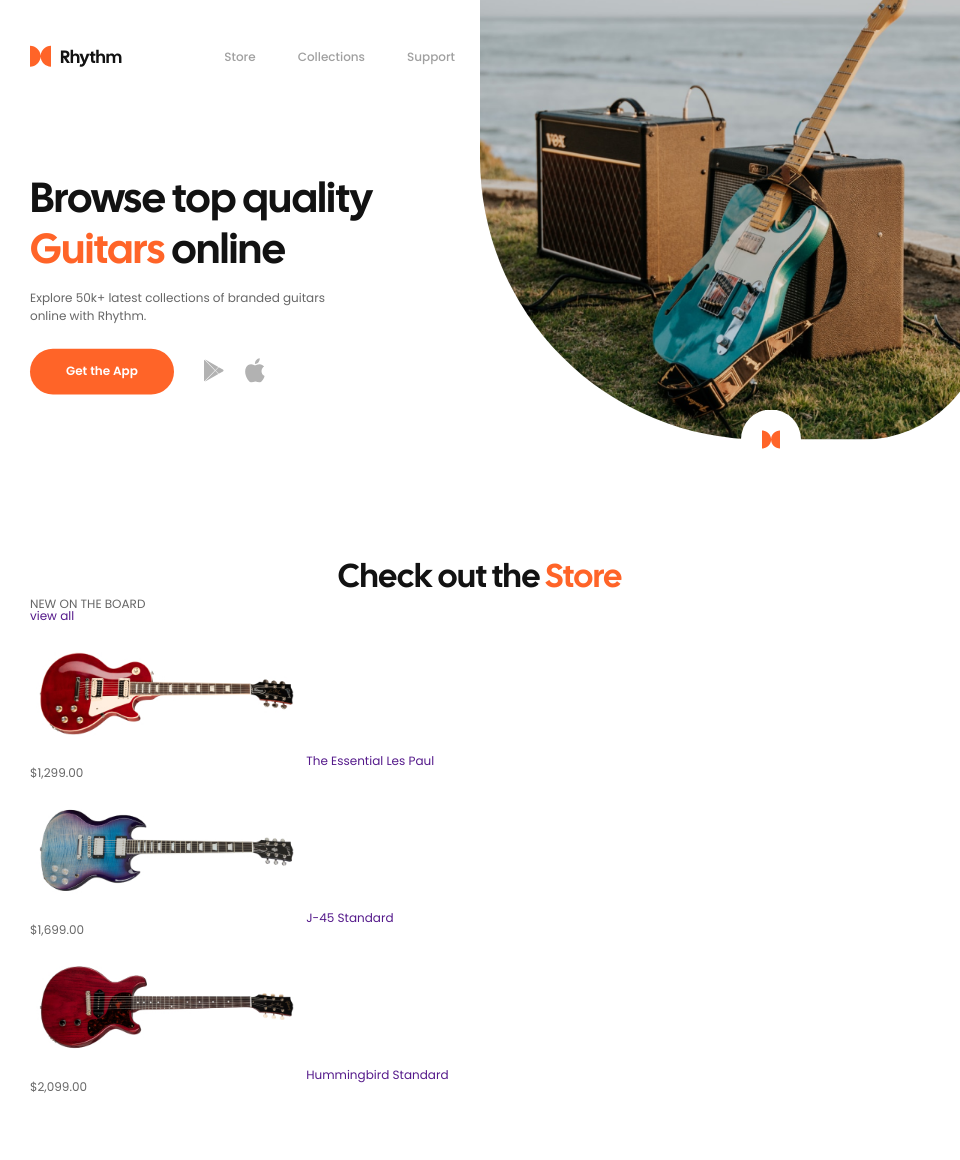
Repository: Ed-Lubenets/website_guitar
Page: index.html
An editor plug-in stored every save of this project. The page is shown before and after a run of saves, followed by the edit.
The browser window is 1280 px wide. The pictures show the whole page, at 75% of full size.

Above is the page before, as saved 2023-01-03 20:54:16.

### index.html
<!DOCTYPE html>
<html lang="en">
<head>
    <meta charset="UTF-8">
    <meta http-equiv="X-UA-Compatible" content="IE=edge">
    <meta name="viewport" content="width=device-width, initial-scale=1.0">
    <link rel="stylesheet" href="./style/style.css">
    <title>guitar-site</title>
</head>
<body>
    <div class="wrapper">
        <header class="header">
            <div class="header__container">
                <a href="" class="header__logo"><img src="./img/logo.svg" alt="Logo"></a>
                <nav class="header__menu menu">
                    <ul class="menu__list">
                        <li class="menu__item">
                            <a href="#" class="menu__link">Store</a>
                        </li>
                        <li class="menu__item">
                            <a href="#" class="menu__link">Collections</a>
                        </li>
                        <li class="menu__item">
                            <a href="#" class="menu__link">Support</a>
                        </li>
                    </ul>
                </nav>
            </div>
        </header>
        <main class="page">
            <section class="page__main main">
                <div class="main__container">
                    <div class="main__content">
                        <h1 class="main__title">Browse top quality <span>Guitars</span> online</h1>
                        <p class="main__text">Explore 50k+ latest collections of branded guitars online with Rhythm.</p>
                        <div class="main__actions actions-main">
                            <a href="#" class="actions-main__button">Get the App</a>
                            <div class="actions-main__icon"> <img src="./img/main/google.svg" alt="google icon"> </div>
                            <div class="actions-main__icon"> <img src="./img/main/apple.svg" alt="apple icon"> </div>
                        </div>
                    </div>
                    <div class="main__decor">
                        <div class="main__image">
                            <img src="./img/main/main-decor.png" alt="Main Decor">
                        </div>
                    </div>
                </div>
            </section>
            <section class="page__store store">
                <div class="store__container">
                    <h2 class="store__title title">
                        Check out the <span>Store</span>
                    </h2>
                    <div class="store__body body-store">
                        <div class="body-store__header">
                            <div class="body-store__title">NEW ON THE BOARD</div>
                            <a href="" class="body-store__all">view all</a>
                        </div>
                        <div class="body-store__items">
                            <div class="body-store_item">
                                <a href="" class="item__image"><img src="./img/store/01.jpg" alt="guitar images"></a>
                                <a href="" class="item__title">The Essential Les Paul</a>
                                <div class="item__price">$1,299.00</div>
                            </div>
                            <div class="body-store_item">
                                <a href="" class="item__image"><img src="./img/store/02.jpg" alt="guitar images"></a>
                                <a href="" class="item__title">J-45 Standard</a>
                                <div class="item__price">$1,699.00</div>
                            </div>
                            <div class="body-store_item">
                                <a href="" class="item__image"><img src="./img/store/03.jpg" alt="guitar images"></a>
                                <a href="" class="item__title">Hummingbird Standard</a>
                                <div class="item__price">$2,099.00</div>
                            </div>
                        </div>
                    </div>
                </div>
            </section>
        </main>
        <footer class="footer"></footer>
    </div>
</body>
</html>

### style/style.css
@import url(https://fonts.googleapis.com/css?family=Poppins:regular,500,600&display=swap); /*from googlefonts*/
@font-face {                                                                               /*from folder*/
    font-family: CalSans;
    font-display: swap;
    src: url(../fonts/CalSans-SemiBold.woff2) format('woff2'), url(../fonts/CalSans-SemiBold.woff) format('woff');
    font-weight: 400;
    font-style: normal;
}

*, *::before, *::after {
margin: 0;
padding: 0;
border: 0;
box-sizing: border-box;
}
html, body{
    height: 100%;
    min-width: 320px;
}
body{
    line-height: 1;
    font-family: Poppins;
    /* font-size: 16px; ---- фон по умолчанию в бразере, поэтому в комменте, был бы другой(14,17 и т.д.) тогда вписывал бы в св-во body*/
    color: #666666;
}
a{
    text-decoration: none;
}
li{
    list-style: none;
}

.wrapper{
    overflow: hidden; /*отменяем горизонтальный скролл. Важно.*/
    min-height: 100%;
    display: flex;
    flex-direction: column;
}
/* ------------------------------------------------------------------------------------------- */

.title{
    font-family: CalSans;
    color: #121212;
    font-size: 44px;
    line-height: 1.2;
    text-align: center;
}
.title span{
    color: #FF6428;
}

/* ------------------------------------------------------------------------------------------- */
.page{
    flex: 1 1 auto; /* разрешаем main увеличиваться, что бы футер прижался к низу экрана */
}
.page__main {
}
.page__store {
}

/* ------------------------------------------------------------------------------------------- */
[class*="__container"]{ /*стиль для всех классов с "..__container"*/
    max-width: 1230px;
    margin: 0 auto;
    padding: 0px 15px;
}

/* ________________________________________________________HEADER____________________________________________________________________________________________________ */
.header {
    position: absolute;
    top: 0;
    left: 0;
    width: 100%;
    z-index: 50;
}
.header__container {
    padding-top: 5px;
    padding-bottom: 5px;
    display: flex;
    gap: 131px; /*отступы через gap плохо поддерживаются в старых safary iOS*/
    align-items: center;
    min-height: 152px;
}
.header__logo {}
.header__menu {}

.menu {
    padding: 10px 5px;
    border-radius: 5px;
    background-color: rgba(255, 255, 255, 0.8);
}
.menu__list {
    display: flex;
    column-gap: 56px;
    row-gap: 10px;
    flex-wrap: wrap;
}
.menu__item {}
.menu__link {
    color: rgba(18, 18, 18, 0.4);
    font-weight: 500;
}
.menu__link:hover,
.menu__link:focus{
    text-decoration: underline;
}

@media (max-width: 1092px){
    .header__container{
        gap: 50px;
        min-height: 100px;
    }
    .menu__list{
        column-gap: 40px;
    }
}
@media (max-width: 767.98px){
    .header__container{
        min-height: 65px;
    }
}
@media (max-width: 479.98px){
    .header__container{
        gap: 15px;
    }
    .menu{
        padding: 0;
    }
    .menu__list{
        column-gap: 20px;
    }
    .header__logo { /*убираем часть логотипа, больше места*/
        width: 28px;
        flex: 0 0 28px;
        overflow: hidden;
    }
}
/* --------------------------------------------------------------------PAGE------------------------------------------------------- */

.main {
    padding-bottom: 80px;
}
.main__container {
    display: flex;
}
.main__content {
    flex: 0 1 50%;  /*content и decor делаем по половине*/
    align-self: flex-end; /*прижал контент блока к низу*/
    padding-top: 120px; /*отступ безопасности для адаптива и возможности увеличения текста без заезда под шапку*/
    padding-bottom: 60px;
    padding-right: 20px;
}
.main__title {
    font-family: 'CalSans';
    font-size: 56px;
    line-height: 1.2;
    color: #121212;
}
.main__title span{
    color: #FF6428;
}
.main__title:not(:last-child){ /*добавление отступа всем элементам только если он(элемент) не последний*/
    margin-bottom: 16px;
}
.main__text {
    line-height: 24px;
    font-weight: 500px;
    max-width: 420px;
}
.main__text:not(:last-child){ /*добавление отступа всем элементам только если он(элемент) не последний*/
    margin-bottom: 31px;
}
.main__actions {}

.actions-main {
    display: flex;
    align-items: center;
}
.actions-main__button {
    text-align: center;
    padding: 18.5px 48px;
    background-color: #FF6428;
    border-radius: 40px;
    color: #FFFFFF;
    font-weight: 600;
    line-height: 24px;
    transition: all 0.3s ease 0s;
}
.actions-main__button:hover,
.actions-main__button:focus{
    background-color: #db4c14;
}
.actions-main__button:not(:last-child){ /*добавление отступа всем элементам только если он(элемент) не последний*/
    margin-right: 40px;
}
.actions-main__icon {}

.actions-main__icon:not(:last-child){ /*добавление отступа всем элементам только если он(элемент) не последний*/
    margin-right: 27px;
}
.main__decor {
    flex: 0 1 50%; /*content и decor делаем по половине*/
}
.main__image {
    position: relative;
    margin-right: -135px; /*135 из-за отступа 15px в начальных стилях*/
    padding-bottom: 97.6%; /*586/600*100%=96.6*/
    max-width: 672px;
}
.main__image img{
    border-radius: 0 0 160px 375px; /*возможность добавления прямоугольных изображений*/
    position: absolute;width: 100%;height: 100%;top: 0;left: 0;
    object-fit: cover;
}
.main__image::after{
    content: '';
    background: url(../img/main/decor.svg) 0 0 no-repeat;
    width: 80px;
    height: 80px;
    right: 36.3%; /*244\672= 0.3630*100=36.3 делим расстояние от края до объекта на размер фонового объекта. Процент- процент сдвига декора*/
    bottom: 0;
    transform: translate(0, 50%);
    position: absolute;
}

@media (max-width: 1092px){
    .main__image img{
        width: 100%;
    }
    .main__content {
        flex: 0 0 60%;
        padding-bottom: 0;
    }
    .main__decor {
        flex: 0 0 40%;
    }
}
@media (max-width: 767.98px){
    .main__content{
        flex: 1 1 100%;
        padding-right: 0;
        padding-top: 80px;
    }
    .main__title{
        font-style: 44px;
    }
    .main__decor{
        display: none;
    }
}
@media (max-width: 479.98px){
    .actions-main {
        flex-wrap: wrap;
        justify-content: center;
    }
    .actions-main__button{
        flex: 1 1 100%;
    }
    .actions-main__button:not(:last-child){ /*добавление отступа всем элементам только если он(элемент) не последний*/
        margin-right: 0px;
        margin-bottom: 15px;
    }
}

/* --------------------------------------------------------------------STORE------------------------------------------------------- */
.store {
    padding-top: 80px;
    padding-bottom: 90px;

}
.store__container {
}
.store__title {
    mb
}
.title {
}
.store__body {
}
.body-store {
}
.body-store__header {
}
.body-store__title {
}
.body-store__all {
}
.body-store__items {
}
.body-store_item {
}
.item__image {
}
.item__title {
}
.item__price {
}

After the next 2 saves:
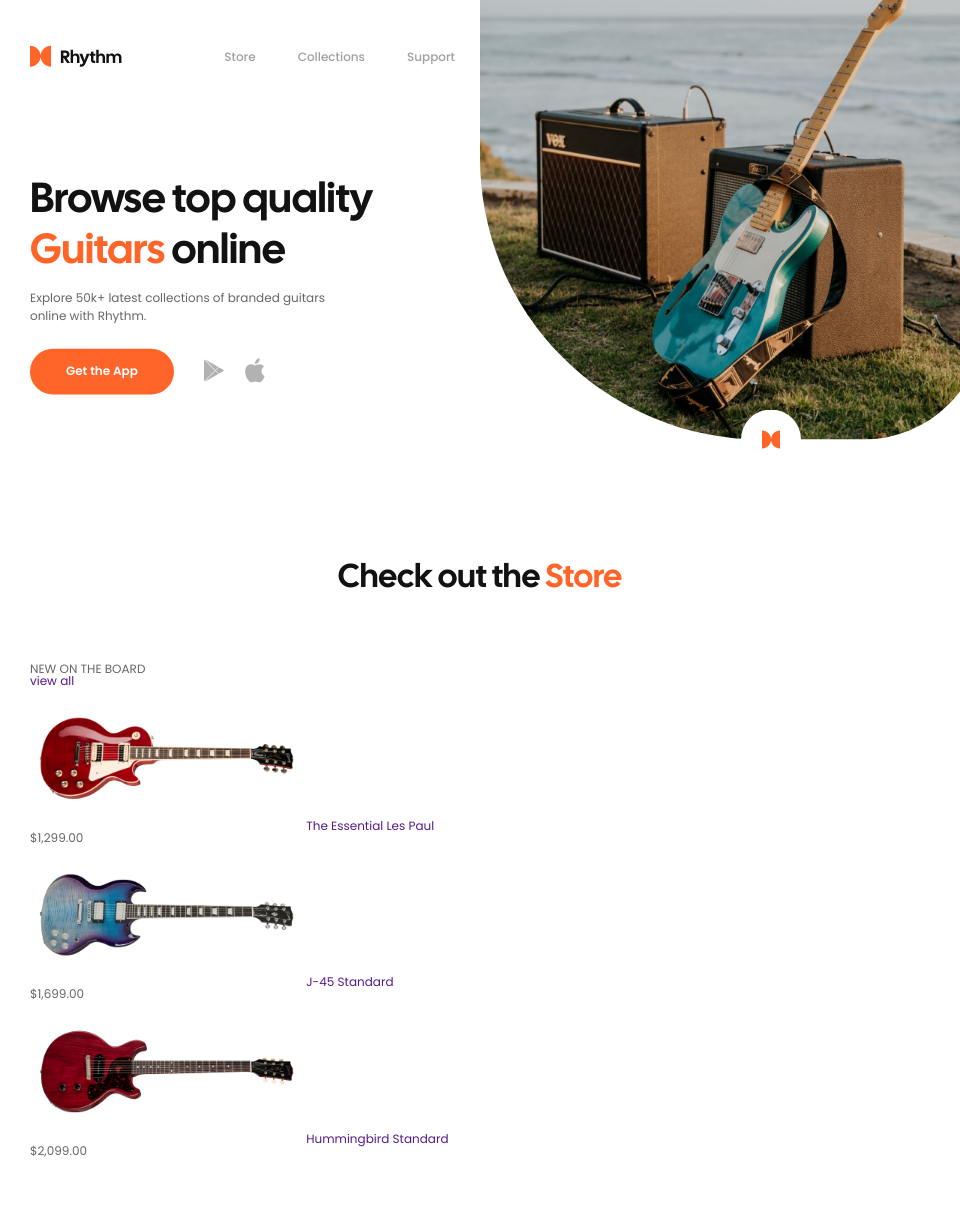
The 2 saves are shown as one change because they came seconds apart.
The last was saved 8 s later.
--- a/style/style.css
+++ b/style/style.css
@@ -271,7 +271,7 @@
 .store__container {
 }
 .store__title {
-    mb
+    margin-bottom: 86px;
 }
 .title {
 }
